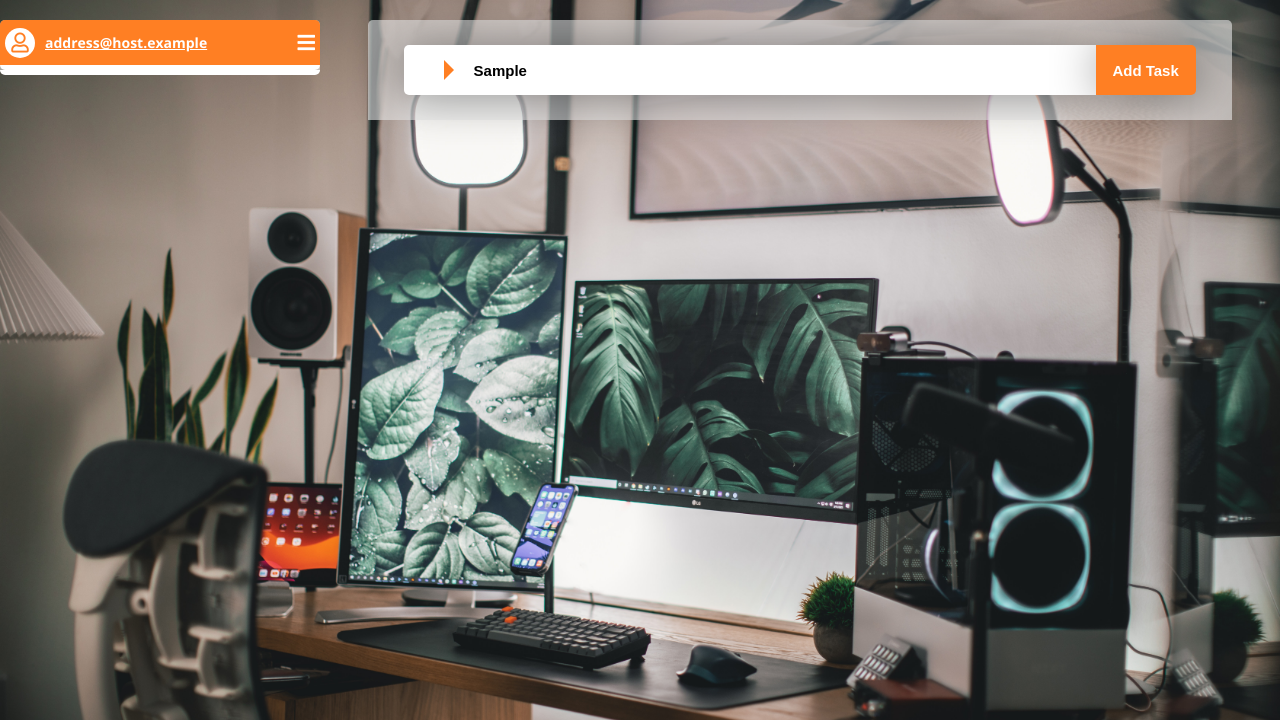
Repository: OmarEssameldinMousa/To-do-list-level01
Page: index.html
The author's editor kept a copy of each file at every save. The page is drawn from the files as they stood at one save, then again after the next save.
The browser window is 1280 px wide. The pictures show the whole page.
Empty fields were first filled with sample values (such as "Sample", 5 or name@example.com).
After loading, the first visible `i.fa-solid` was clicked once.

Above is the page before, as saved 2023-08-10 00:25:39.

### index.html
<!DOCTYPE html>
<html lang="en">

<head>
    <meta charset="UTF-8">
    <meta name="viewport" content="width=device-width, initial-scale=1.0">
    <title>ToDo</title>
    <link rel="stylesheet" href="main.css">
    <link rel="preconnect" href="https://fonts.gstatic.com" />
    <link rel="stylesheet" href="css/all.min.css">
    <link href="https://fonts.googleapis.com/css2?family=Open+Sans:wght@400;700&display=swap" rel="stylesheet" />
</head>

<body>
    <div class="dashboard">
        <div class="nav">
            <div class="navigation">
                <div class="profile">
                    <div class="profile-pic">
                        <i class="fa-regular fa-user"></i>
                    </div>
                    <h3>address@host.example</h3>
                    <i class="fa-solid fa-bars" style="color: #ffffff;"></i>
                    <!-- <i class="fa-solid fa-bars second" style="color: #ffffff;"></i> -->
                    <!-- <i class="fa-solid fa-arrow-right" style="color: #ffffff;"></i>
                    <i class="fa-solid fa-arrow-left" style="color: #ffffff;"></i> -->
                </div>
                <ul>
                    <li>
                        <span class="toggle"></span>
                        <span class="title">option</span>
                        <i class="fa-solid fa-plus"></i>
                    </li>
                    <li>
                        <span class="toggle"></span>
                        <span class="title">option</span>
                    </li>
                    <li>
                        <span class="toggle"></span>
                        <span class="title">option</span>
                    </li>
                    <li>
                        <span class="toggle"></span>
                        <span class="title">option</span>
                    </li>
                    <li>
                        <span class="toggle"></span>
                        <span class="title">option</span>
                    </li>
                    <li>
                        <span class="toggle"></span>
                        <span class="title">option</span>
                    </li>
                    <li>
                        <span class="toggle"></span>
                        <span class="title">option</span>
                    </li>
                    <li>
                        <span class="toggle"></span>
                        <span class="title">option</span>
                    </li>
                </ul>
            </div>
        </div>
        <div class="workstation">
            <div class="container">
                <div class="form">
                    <div>
                        <span></span>
                        <input type="text" class="input" placeholder="Write your daily tasks here">
                    </div>
                    <input type="submit" class="add" value="Add Task">
                </div>
                <!-- separator -->
                <div class="tasks">
                    <div class="tasks-numbers">

                    </div>
                    <div class="tasks-container">

                    </div>
                </div>
            </div>
        </div>
    </div>
    <script src="main.js"></script>
</body>

</html>

### main.css
:root {
    --main-color: rgba(235, 235, 235, 0.6);
    --secondery-color: #ff7f23;
}

* {
    -webkit-box-sizing: border-box;
    -moz-box-sizing: border-box;
    box-sizing: border-box;
    padding: 0;
    margin: 0;
}

body {
    font-family: "Open Sans", sans-serif;
    background-image: url(backgroundimage.jpg);
    background-repeat: no-repeat;
    background-size: cover;
    position: relative;
    height: 100%;
}


ul {
    list-style: none;
}


.dashboard {
    display: flex;
    height: 100%;
    width: 100%;
    column-gap: 0px;
}

.nav {
    width: 25%;
    height: 100%;
    position: relative;
    margin-top: 20px;
    border-radius: 5px;
}

.nav .navigation {
    height: 100%;
    width: 100%;
    background: var(--main-color);
    border-radius: 5px;
    border-bottom: 5px solid white;
}

.nav .navigation .profile {
    width: 100%;
    height: 50px;
    background-color: var(--secondery-color);
    display: flex;
    align-items: center;
    border-bottom: 5px solid white;
    border-radius: 5px;
}

.nav .navigation .profile .profile-pic {
    border-radius: 50%;
    background-color: white;
    height: 30px;
    width: 30px;
    display: flex;
    align-items: center;
    justify-content: center;
    margin-left: 5px;
}

.nav .navigation .profile i {
    font-size: 20px;
    color: var(--secondery-color);
}

.nav .navigation .profile h3 {
    font-size: 14px;
    padding-left: 10px;
    text-decoration: underline;
    color: white;
}

.nav .navigation ul {
    width: 95%;
    margin: auto;
    margin-top: 5px;
    padding-bottom: 5px;
    display: none;
    transition: display 0.3s ease-in-out;
}

.nav .navigation ul li {
    padding: 5px;
    height: 30px;
    background-color: white;
    margin-bottom: 5px;
    border-radius: 1px;
    border-left: 10px solid #ff7f23;
    display: flex;
    align-items: center;
    transition: 0.3s;
}


.nav .navigation ul li:hover .toggle {
    padding-left: 10px;
}

.fa-solid.fa-plus {
    position: absolute;
    right: 15px;
    font-size: 25px;
    color: #ff7f23;
    font-weight: bold;
}

li .toggle {
    border: 10px solid var(--secondery-color);
    border-color: transparent transparent transparent #ff7f23;
    transition: 0.3s;
}

.workstation {
    height: 100%;
    position: relative;
    flex: 1;
}

.container {
    width: 100%;
    min-height: 50px;
    background-color: transparent;
    z-index: 1;
    position: absolute;
}

.container .form {
    width: 90%;
    height: 100px;
    background-color: var(--main-color);
    margin: 20px auto;
    border-top-right-radius: 5px;
    border-top-left-radius: 5px;
    text-align: center;
    position: relative;
    display: flex;
    justify-content: center;
    align-items: center;
}

.container .tasks {
    width: 90%;
    background-color: var(--main-color);
    margin: 20px auto;
    display: flex;
    border-bottom-left-radius: 5px;
    border-bottom-right-radius: 5px;
}

.container .form .input,
.container .form .add {
    display: block;
    height: 50px;
}

.container .form div {
    width: 80%;
    border-bottom-left-radius: 5px;
    border-top-left-radius: 5px;
    border: 0px solid;
    box-shadow: -5px 0 50px 0px #00000073;
    background-color: white;
    display: flex;
    justify-content: flex-end;
    align-items: center;
}

.container .form div span {
    border: 10px solid #ff7f23;
    border-color: transparent transparent transparent #ff7f23;
    margin-right: 10px;
}

.container .form div .input {
    outline: 0;
    font-size: 15px;
    border: 0px solid;
    font-weight: bold;
    width: 90%;
}

.container .form .add {
    width: 100px;
    border: 0px solid;
    background-color: #ff7f23;
    color: white;
    font-weight: bold;
    font-size: 15px;
    border-bottom-right-radius: 5px;
    border-top-right-radius: 5px;
    box-shadow: 5px 0 50px 0px #00000073;
}

.container .tasks .tasks-container {
    width: 80%;
    display: flex;
    flex-direction: column;
    align-items: center;
    align-content: center;
    flex: 1;
}

.container .tasks .tasks-container .task {
    width: 80%;
    height: 50px;
    border-radius: 5px;
    border: 0px solid;
    box-shadow: -5px 0 50px 0px #00000073;
    background-color: white;
    margin: 10px 0;
    position: relative;
    display: flex;
    align-items: center;
}

.container .tasks .tasks-container .task i {
    margin-left: 10px;
    margin-right: 10px;
    color: var(--secondery-color);
}


.container .tasks .tasks-container .task::after {
    content: "";
    width: 10%;
    height: 100%;
    background-color: #ff7f23;
    position: absolute;
    top: 0;
    left: 90%;
    z-index: 0;
    border-top-right-radius: 5px;
    border-bottom-right-radius: 5px;
}

.container .tasks .tasks-container .task i:first-of-type {
    position: absolute;
    right: 4%;
    top: 50%;
    transform: translateY(-50%);
    color: white;
    z-index: 1;
    font-size: 20px;
}

.container .tasks .tasks-container .task i:last-of-type {
    position: absolute;
    right: 0%;
    top: 50%;
    transform: translateY(-50%);
    color: white;
    z-index: 1;
    font-size: 20px;
}

.container .tasks .tasks-numbers {
    width: 50px;
    display: flex;
    align-items: center;
    flex-direction: column;
}


.tasks-numbers .repated-line-circle {
    width: 2px;
    height: 70px;
}

.tasks-numbers .line-circle {
    display: flex;
    flex-direction: column;
    width: 100%;
    height: 100%;
    justify-content: space-between;
    align-items: center;
}

.tasks-numbers .line-circle .upper-line {
    width: 100%;
    height: 40%;
    background-color: white;
}

.tasks-numbers .line-circle .circle {
    font-family: 'VT323', monospace;
    width: 20px;
    height: 20px;
    background-color: #ff7f23;
    border-radius: 50%;
    text-align: center;
    position: relative;
    transition: 0.3s;
    animation: gradient-animation 5s infinite alternate;
    border: 1px solid white;
}


.tasks-numbers .line-circle .circle p {
    position: absolute;
    left: 50%;
    top: 50%;
    transform: translate(-50%, -50%);
    font-size: 14px;
    color: white;
}

.line-circle .circle p a {
    text-decoration: none;
}

.tasks-numbers .line-circle .lower-line {
    width: 2px;
    height: 40%;
    background-color: white;
}

.nav .navigation .profile i.fa-solid.fa-bars {
    position: absolute;
    right: 5px;
}


@media (max-width: 767px) {
    body {
        background-image: none;
    }

    .dashboard {
        flex-direction: column;
    }

    .nav {
        width: 100% !important;
        height: 50px;
        z-index: 2;
    }

    .navigation {
        width: 100%;
        position: absolute;
        background-color: #ff7f23;
    }

    .nav .navigation ul {
        width: 100%;
        display: none;
    }

    .nav .navigation ul li {
        border: none;
        margin: 0;
    }

    .navigation .footer {
        display: none;
    }

    .nav .navigation .profile i.fa-solid.fa-bars {
        display: inline-block;
    }

    .nav .navigation .profile i.fa-solid.fa-bars.second {
        display: none;
    }
}

/* Small */
@media (min-width: 768px) {}

/* Medium */
@media (min-width: 992px) {}

/* Large */
@media (min-width: 1200px) {}

### main.js
let counter = 1;
let counterarray = [];
let tasksDiv = document.querySelector(".tasks-container");
let tasksnumbersDiv = document.querySelector(".tasks-numbers");
let inputbox = document.querySelector(".input");
let inputboxValue = inputbox.value;
let inputbtn = document.querySelector(".add");
let idtentity = 0;
let list = [];
let menu_bars = document.querySelector("i.fa-solid.fa-bars")
let optionsul = document.querySelector(".nav .navigation ul")
let menu_bars2 = document.querySelector("i.fa-solid.fa-bars.second")
let navdiv = document.querySelector(".nav")

function createTaskDiv_NumberDiv() {
    if (inputbox.value != "") {
        let inputbox = document.querySelector(".input");
        let inputboxValue = inputbox.value;
        counterarray.push(counter);
        // craeting task divs
        let taskDiv = document.createElement("div");
        taskDiv.className = "task";
        let i1 = document.createElement("i");
        i1.className = "fa-regular fa-square-check";
        let i2 = document.createElement("i");
        i2.className = "fa-solid fa-clock";
        let i3 = document.createElement("i");
        i3.className = "fa-regular fa-trash-can";
        i3.setAttribute("index", counterarray.length - 1);
        let tasktitle = document.createElement("h4");
        tasktitle.innerHTML = inputboxValue;
        // nesting all childs under each parent
        tasksDiv.appendChild(taskDiv);
        taskDiv.appendChild(i1);
        taskDiv.appendChild(i2);
        taskDiv.appendChild(i3);
        taskDiv.appendChild(tasktitle);
        //creating the numbering divs
        let repatedlinecircleDiv = document.createElement("div");
        repatedlinecircleDiv.className = "repated-line-circle";
        let linecirclediv = document.createElement("div");
        linecirclediv.className = "line-circle";
        let upperlinediv = document.createElement("div");
        upperlinediv.className = "upper-line";
        let circlediv = document.createElement("div");
        circlediv.className = "circle";
        let circleparacontent = document.createElement("p");
        circleparacontent.innerHTML = `${counterarray.length}`;
        let lowerlinediv = document.createElement("div");
        lowerlinediv.className = "lower-line";
        //nesting all childs under each parent
        tasksnumbersDiv.appendChild(repatedlinecircleDiv);
        repatedlinecircleDiv.appendChild(linecirclediv);
        linecirclediv.appendChild(upperlinediv);
        linecirclediv.appendChild(circlediv);
        circlediv.appendChild(circleparacontent);
        linecirclediv.appendChild(lowerlinediv);
        // after adjustments
        list.push({ "id": idtentity, "title": inputbox.value, });
        window.localStorage.setItem("tasks", JSON.stringify(list));
        inputbox.value = "";
        counter++;
        idtentity++;
        inputbox.focus();
    }
}

inputbtn.addEventListener("click", createTaskDiv_NumberDiv);

document.addEventListener("click", function (e) {
    if (e.target.className === "fa-regular fa-trash-can") {
        let n = 1;
        // deleting from BOM - local storage
        let storedTasks = JSON.parse(window.localStorage.getItem("tasks"))
        storedTasks.filter(a => a.id != e.index);
        list = storedTasks;
        window.localStorage.clear()
        window.localStorage.setItem("tasks", JSON.stringify(storedTasks));
        // deleting from the DOM
        e.target.parentElement.parentElement.previousElementSibling.lastChild.remove();
        counterarray.pop();
        counter--;
        e.target.parentElement.remove();
        document.querySelectorAll(".circle p").forEach(element => {
            element.innerHTML = n;
            n++;
        });
    }
})

// menu_bars.addEventListener("click", function () {
//     if (optionsul.style.display == "block") {
//         optionsul.style.display = "none"
//     } else {
//         optionsul.style.display = "block"
//     }
// })
menu_bars.addEventListener("click", function () {
    if (optionsul.style.display == "") {
        optionsul.style.display = "none";
    } else {
        optionsul.style.display = "";
    }
});

Loaded but not shown: css/all.min.css (library)

After the next save:
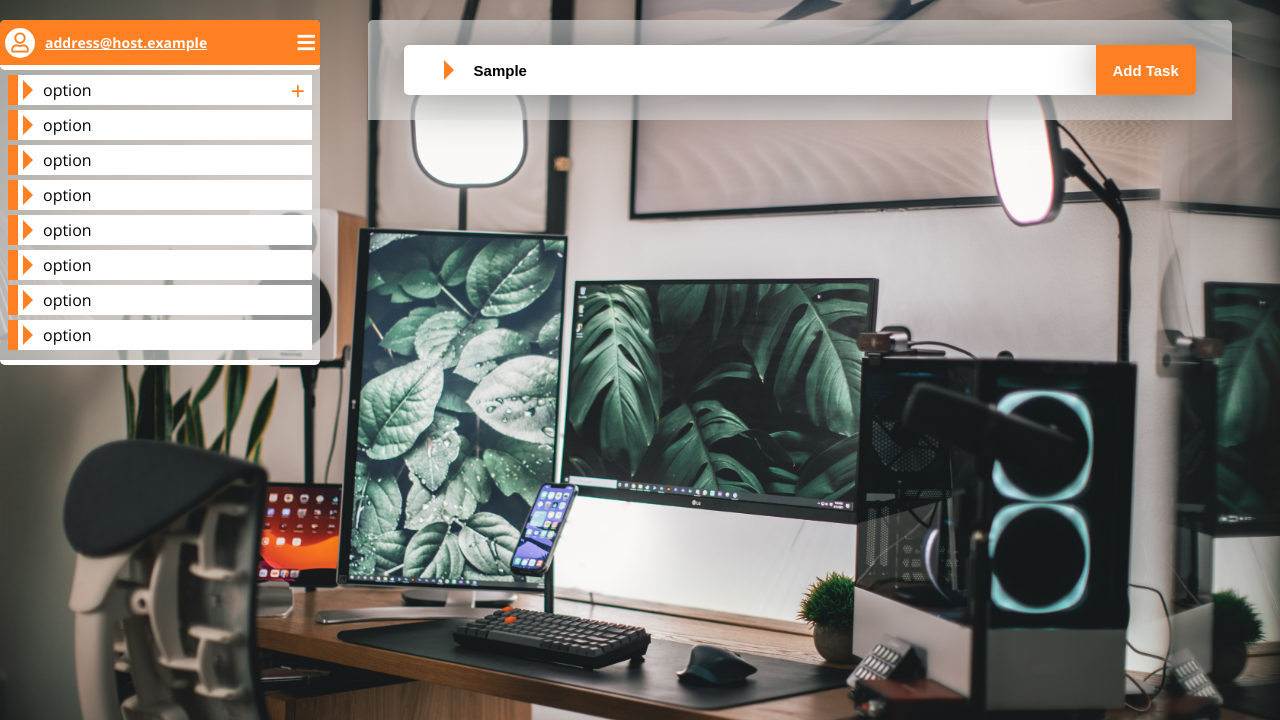
Saved 43 s later.
--- a/main.js
+++ b/main.js
@@ -96,9 +96,9 @@ document.addEventListener("click", function (e) {
 //     }
 // })
 menu_bars.addEventListener("click", function () {
-    if (optionsul.style.display == "") {
+    if (optionsul.style.display == "block") {
         optionsul.style.display = "none";
     } else {
-        optionsul.style.display = "";
+        optionsul.style.display = "block";
     }
 });
